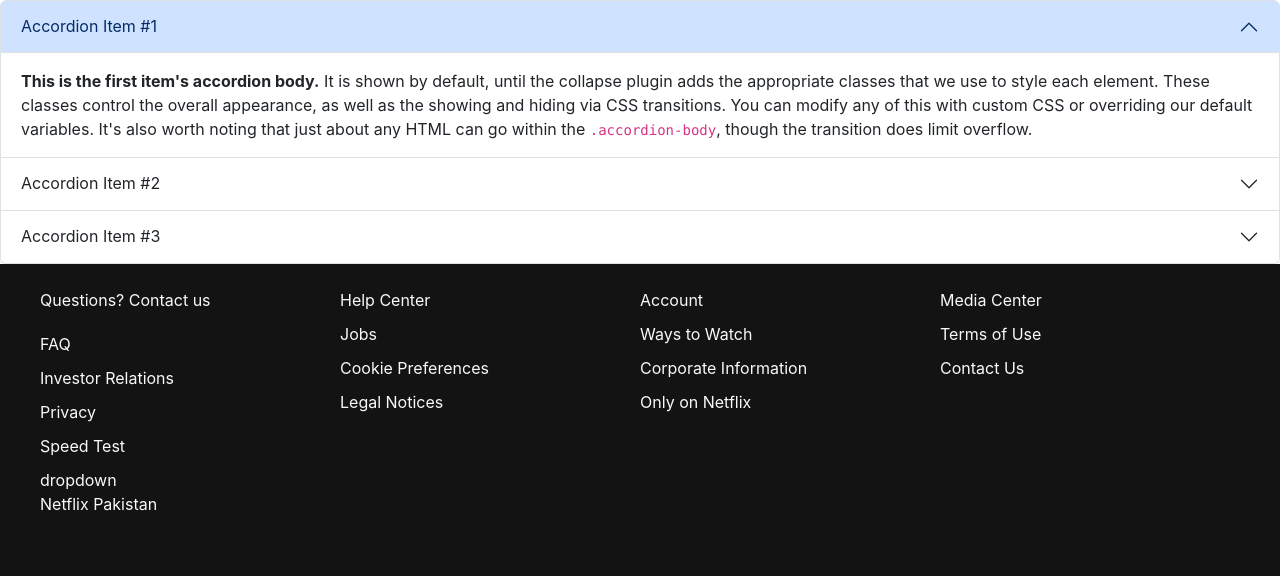
Repository: WajihaGul/Netflix-Clone
Page: /
The author's editor kept a copy of each file at every save. The page is drawn from the files as they stood at one save, then again after the next save.
The browser window is 1280 px wide. The pictures show the part of the page from y = 621 to 1197 px (the page is 1197 px tall before and 1091 px after).
The project was rebuilt for these pictures with package versions that can differ from the ones it lists, and the page was loaded fresh each time. Also part of the build but not shown: src/App.css.

Above is the page before, as saved 2024-05-24 14:58:05.

### public/index.html
<!DOCTYPE html>
<html lang="en">
  <head>
    <meta charset="utf-8" />
    <link rel="icon" href="https://encrypted-tbn0.gstatic.com/images?q=tbn:ANd9GcSJd82jZdXs8Uj9CX3mJFuRF27MZB7q_34xAg&s" />
    <meta name="viewport" content="width=device-width, initial-scale=1" />
    <meta name="theme-color" content="#000000" />
    <meta
      name="description"
      content="Web site created using create-react-app"
    />
    <link rel="apple-touch-icon" href="%PUBLIC_URL%/logo192.png" />
    <!--
      manifest.json provides metadata used when your web app is installed on a
      user's mobile device or desktop. See https://developers.google.com/web/fundamentals/web-app-manifest/
    -->
    <link rel="manifest" href="%PUBLIC_URL%/manifest.json" />
    <!--
      Notice the use of %PUBLIC_URL% in the tags above.
      It will be replaced with the URL of the `public` folder during the build.
      Only files inside the `public` folder can be referenced from the HTML.

      Unlike "/favicon.ico" or "favicon.ico", "%PUBLIC_URL%/favicon.ico" will
      work correctly both with client-side routing and a non-root public URL.
      Learn how to configure a non-root public URL by running `npm run build`.
    -->
    <title>Netflix- Watch TV Shows Online, Watch Movies Online</title>
  </head>
  <body>
    <noscript>You need to enable JavaScript to run this app.</noscript>
    <div id="root"></div>
    <!--
      This HTML file is a template.
      If you open it directly in the browser, you will see an empty page.

      You can add webfonts, meta tags, or analytics to this file.
      The build step will place the bundled scripts into the <body> tag.

      To begin the development, run `npm start` or `yarn start`.
      To create a production bundle, use `npm run build` or `yarn build`.
    -->
  </body>
</html>

### src/index.js
import "bootstrap/dist/css/bootstrap.min.css";
import React from "react";
import ReactDOM from "react-dom/client";
import "./index.css";
import App from "./App";
import reportWebVitals from "./reportWebVitals";

const root = ReactDOM.createRoot(document.getElementById("root"));
root.render(
  <React.StrictMode>
    <App />
  </React.StrictMode>
);

// If you want to start measuring performance in your app, pass a function
// to log results (for example: reportWebVitals(console.log))
// or send to an analytics endpoint. Learn more: https://bit.ly/CRA-vitals
reportWebVitals();

### src/App.js
import "./App.css";
import Footer from "./Components/Footer/Footer";
import FAQs from "./Components/FAQs/FAQs";
import SignupHere from "./Components/SignupHere/SignupHere";

function App() {
  return (
    <>
      <SignupHere />
      <FAQs />
      <Footer />
    </>
  );
}

export default App;

### src/Components/Footer/Footer.jsx
import React from "react";
import styles from "./Footer.module.css";
const Footer = () => {
  return (
    <>
      <footer className={`bg-dark text-light py-4 ${styles.mainclass}`}>
        <div className={styles.container}>
          <div className="row">
            <div className={styles.FooterHere}>
              <div className="col-lg-12">
                <p>Questions? Contact us </p>
                <ul>
                  <li>FAQ</li>
                  <li>Investor Relations</li>
                  <li>Privacy</li>
                  <li>Speed Test</li>
                  dropdown
                  <li>Netflix Pakistan</li>
                </ul>
              </div>

              <div className="col-lg-12">
                <ul>
                  <li>Help Center</li>
                  <li>Jobs</li>
                  <li>Cookie Preferences</li>
                  <li>Legal Notices</li>
                </ul>
              </div>

              <div className="col-lg-12 ">
                <ul>
                  <li>Account</li>
                  <li>Ways to Watch</li>
                  <li>Corporate Information</li>
                  <li>Only on Netflix</li>
                </ul>
              </div>

              <div className="col-lg-12 ">
                <ul>
                  <li>Media Center</li>
                  <li>Terms of Use</li>
                  <li>Contact Us</li>
                </ul>
              </div>
            </div>
          </div>
        </div>
      </footer>
    </>
  );
};

export default Footer;

### src/Components/FAQs/FAQs.jsx
const FAQs = () => {
  return (
    <>
      <div class="accordion" id="accordionExample">
        <div class="accordion-item">
          <h2 class="accordion-header">
            <button
              class="accordion-button"
              type="button"
              data-bs-toggle="collapse"
              data-bs-target="#collapseOne"
              aria-expanded="true"
              aria-controls="collapseOne"
            >
              Accordion Item #1
            </button>
          </h2>
          <div
            id="collapseOne"
            class="accordion-collapse collapse show"
            data-bs-parent="#accordionExample"
          >
            <div class="accordion-body">
              <strong>This is the first item's accordion body.</strong> It is
              shown by default, until the collapse plugin adds the appropriate
              classes that we use to style each element. These classes control
              the overall appearance, as well as the showing and hiding via CSS
              transitions. You can modify any of this with custom CSS or
              overriding our default variables. It's also worth noting that just
              about any HTML can go within the <code>.accordion-body</code>,
              though the transition does limit overflow.
            </div>
          </div>
        </div>
        <div class="accordion-item">
          <h2 class="accordion-header">
            <button
              class="accordion-button collapsed"
              type="button"
              data-bs-toggle="collapse"
              data-bs-target="#collapseTwo"
              aria-expanded="false"
              aria-controls="collapseTwo"
            >
              Accordion Item #2
            </button>
          </h2>
          <div
            id="collapseTwo"
            class="accordion-collapse collapse"
            data-bs-parent="#accordionExample"
          >
            <div class="accordion-body">
              <strong>This is the second item's accordion body.</strong> It is
              hidden by default, until the collapse plugin adds the appropriate
              classes that we use to style each element. These classes control
              the overall appearance, as well as the showing and hiding via CSS
              transitions. You can modify any of this with custom CSS or
              overriding our default variables. It's also worth noting that just
              about any HTML can go within the <code>.accordion-body</code>,
              though the transition does limit overflow.
            </div>
          </div>
        </div>
        <div class="accordion-item">
          <h2 class="accordion-header">
            <button
              class="accordion-button collapsed"
              type="button"
              data-bs-toggle="collapse"
              data-bs-target="#collapseThree"
              aria-expanded="false"
              aria-controls="collapseThree"
            >
              Accordion Item #3
            </button>
          </h2>
          <div
            id="collapseThree"
            class="accordion-collapse collapse"
            data-bs-parent="#accordionExample"
          >
            <div class="accordion-body">
              <strong>This is the third item's accordion body.</strong> It is
              hidden by default, until the collapse plugin adds the appropriate
              classes that we use to style each element. These classes control
              the overall appearance, as well as the showing and hiding via CSS
              transitions. You can modify any of this with custom CSS or
              overriding our default variables. It's also worth noting that just
              about any HTML can go within the <code>.accordion-body</code>,
              though the transition does limit overflow.
            </div>
          </div>
        </div>
      </div>
    </>
  );
};
export default FAQs;

### src/Components/SignupHere/SignupHere.jsx
import styles from "./SignupHere.module.css";

const SignupHere = () => {
  return (
    <>
      <div className={styles.imgContainer}>
        <div className={`expand-lg bg-body-tertiary ${styles.navcontainer} `}>
          <h1>NETFLIX</h1>
          className={`expand-lg bg-body-tertiary ${styles.navcontainer} `}
          <div className="container-fluid">
            <a className={styles.brand} href="#">
              <span className={styles.navstyle}>NETFLIX</span>
            </a>

            <button className={styles.navbtn} type="submit">
              Sign in
            </button>
          </div>
          <div className={styles.SignupTextDiv}>
            <h1 className={styles.SignupText}>
              Unlimited movies, TV shows, and more
            </h1>
            <p className={styles.SignupText}>Watch anywhere. Cancel anytime.</p>
            <p className={styles.SignupText}>
              Ready to watch? Enter your email to create or restart your
              membership
            </p>
            <div>
              <input
                className={styles.SignupForm}
                type="email"
                id="email"
                name="email"
                placeholder="Enter your email"
                required
              />
              <button className={styles.SignUpBtn}>Get Started</button>
            </div>
          </div>
        </div>
      </div>
    </>
  );
};

export default SignupHere;

### src/Components/Footer/Footer.module.css
.mainclass{
    background-color: #141313 !important;
}
.container {
    max-width: 1200px;
    margin: 0 auto;

  }

  .FooterHere {
    display: flex;
    flex-wrap: wrap;
    justify-content: space-between;
  }

  .FooterHere > div {
    flex: 1;
    min-width: 200px;
    margin-bottom: 20px;
  }

  ul {
    list-style: none;
    padding: 0;
  }

  ul li {
    margin-bottom: 10px;
    cursor: pointer;
  }

  ul li:hover {
    text-decoration: underline;
  }

  footer p {
    margin-bottom: 20px;
  }

  @media (max-width: 768px) {
    .FooterHere {
      flex-direction: column;
      align-items: flex-start;
    }

    .FooterHere > div {
      min-width: 100%;
    }
  }

### src/Components/SignupHere/SignupHere.module.css
.imgContainer{
    margin-top: -79px;
    height: 700px;
    width: 100%;
    background-image: url(https://assets.nflxext.com/ffe/siteui/vlv3/a99688ca-33c3-4099-9baa-07a2e2acb398/0279102c-4f3f-4ed2-a283-cce57434d595/PK-en-20240520-popsignuptwoweeks-perspective_alpha_website_large.jpg);
}


.navbtn {
    background: #e61c1c;
    color: white;
    /* padding: 4px 17px; */
    border-radius: 7px;
    border: none;
    font-size: medium;
    font-family: emoji;
    margin-left: 343px;
    margin-right: 343px;
    padding-top: 4px;
    padding-bottom: 4px;
    height: 32px;
    width: 71px;
    margin-top: 2px;
    margin-bottom: 2px;
}

.navstyle{
    color: red;
    font-size: xx-large;
    font-family: emoji;
    padding-left: 343px;
    padding-right: 343px;
    padding-top: 10px;
    padding-bottom: 10px;
}

.navcontainer{
    background-color: transparent !important;
}
.SignupText{
    color: white;
    align-items: center;
    justify-content: center;
    display: flex;
    flex-direction: column;
}
.SignupTextDiv{
    color: white;
    align-items: center;
    justify-content: center;
    display: flex;
    flex-direction: column;
    margin-top: 170px;
}
.SignupForm{
    width: 284px;
    height: 42px;
    background: #e2dfdf;
}
.SignUpBtn{
    background: red;
    color: white;
    height: 40px;
    width: 143px;
    margin: 4px;
    /* border-radius: 7px; */
    border: none;
    font-size: larger;
}

Loaded but not shown: src/index.css (common file); src/reportWebVitals.js (common file)

After the next save:
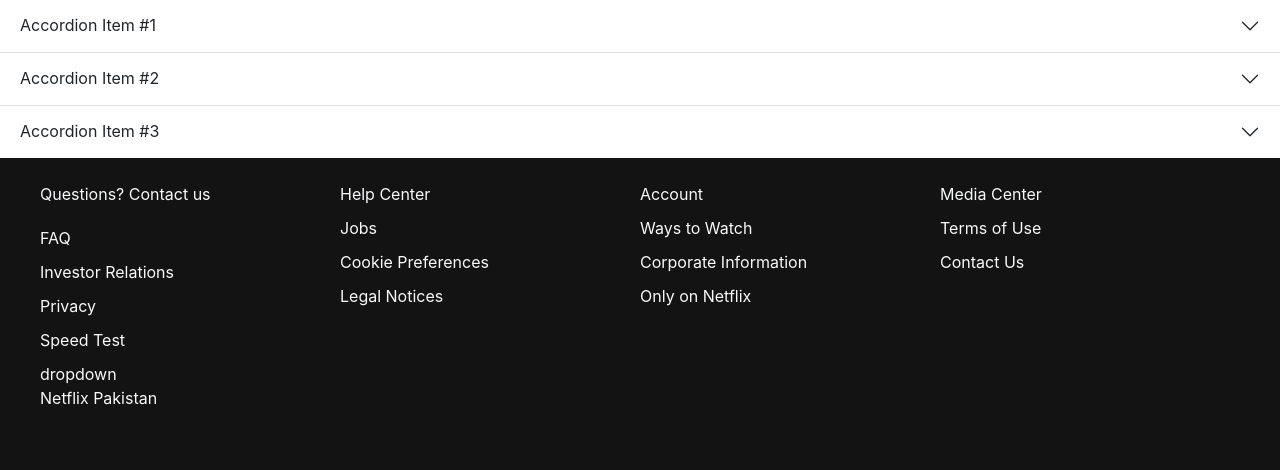
Saved 36 s later.
--- a/src/Components/FAQs/FAQs.jsx
+++ b/src/Components/FAQs/FAQs.jsx
@@ -1,34 +1,29 @@
 const FAQs = () => {
   return (
     <>
-      <div class="accordion" id="accordionExample">
+      <div class="accordion accordion-flush" id="accordionFlushExample">
         <div class="accordion-item">
           <h2 class="accordion-header">
             <button
-              class="accordion-button"
+              class="accordion-button collapsed"
               type="button"
               data-bs-toggle="collapse"
-              data-bs-target="#collapseOne"
-              aria-expanded="true"
-              aria-controls="collapseOne"
+              data-bs-target="#flush-collapseOne"
+              aria-expanded="false"
+              aria-controls="flush-collapseOne"
             >
               Accordion Item #1
             </button>
           </h2>
           <div
-            id="collapseOne"
-            class="accordion-collapse collapse show"
-            data-bs-parent="#accordionExample"
+            id="flush-collapseOne"
+            class="accordion-collapse collapse"
+            data-bs-parent="#accordionFlushExample"
           >
             <div class="accordion-body">
-              <strong>This is the first item's accordion body.</strong> It is
-              shown by default, until the collapse plugin adds the appropriate
-              classes that we use to style each element. These classes control
-              the overall appearance, as well as the showing and hiding via CSS
-              transitions. You can modify any of this with custom CSS or
-              overriding our default variables. It's also worth noting that just
-              about any HTML can go within the <code>.accordion-body</code>,
-              though the transition does limit overflow.
+              Placeholder content for this accordion, which is intended to
+              demonstrate the <code>.accordion-flush</code> class. This is the
+              first item's accordion body.
             </div>
           </div>
         </div>
@@ -38,27 +33,23 @@
               class="accordion-button collapsed"
               type="button"
               data-bs-toggle="collapse"
-              data-bs-target="#collapseTwo"
+              data-bs-target="#flush-collapseTwo"
               aria-expanded="false"
-              aria-controls="collapseTwo"
+              aria-controls="flush-collapseTwo"
             >
               Accordion Item #2
             </button>
           </h2>
           <div
-            id="collapseTwo"
+            id="flush-collapseTwo"
             class="accordion-collapse collapse"
-            data-bs-parent="#accordionExample"
+            data-bs-parent="#accordionFlushExample"
           >
             <div class="accordion-body">
-              <strong>This is the second item's accordion body.</strong> It is
-              hidden by default, until the collapse plugin adds the appropriate
-              classes that we use to style each element. These classes control
-              the overall appearance, as well as the showing and hiding via CSS
-              transitions. You can modify any of this with custom CSS or
-              overriding our default variables. It's also worth noting that just
-              about any HTML can go within the <code>.accordion-body</code>,
-              though the transition does limit overflow.
+              Placeholder content for this accordion, which is intended to
+              demonstrate the <code>.accordion-flush</code> class. This is the
+              second item's accordion body. Let's imagine this being filled with
+              some actual content.
             </div>
           </div>
         </div>
@@ -68,27 +59,25 @@
               class="accordion-button collapsed"
               type="button"
               data-bs-toggle="collapse"
-              data-bs-target="#collapseThree"
+              data-bs-target="#flush-collapseThree"
               aria-expanded="false"
-              aria-controls="collapseThree"
+              aria-controls="flush-collapseThree"
             >
               Accordion Item #3
             </button>
           </h2>
           <div
-            id="collapseThree"
+            id="flush-collapseThree"
             class="accordion-collapse collapse"
-            data-bs-parent="#accordionExample"
+            data-bs-parent="#accordionFlushExample"
           >
             <div class="accordion-body">
-              <strong>This is the third item's accordion body.</strong> It is
-              hidden by default, until the collapse plugin adds the appropriate
-              classes that we use to style each element. These classes control
-              the overall appearance, as well as the showing and hiding via CSS
-              transitions. You can modify any of this with custom CSS or
-              overriding our default variables. It's also worth noting that just
-              about any HTML can go within the <code>.accordion-body</code>,
-              though the transition does limit overflow.
+              Placeholder content for this accordion, which is intended to
+              demonstrate the <code>.accordion-flush</code> class. This is the
+              third item's accordion body. Nothing more exciting happening here
+              in terms of content, but just filling up the space to make it
+              look, at least at first glance, a bit more representative of how
+              this would look in a real-world application.
             </div>
           </div>
         </div>
